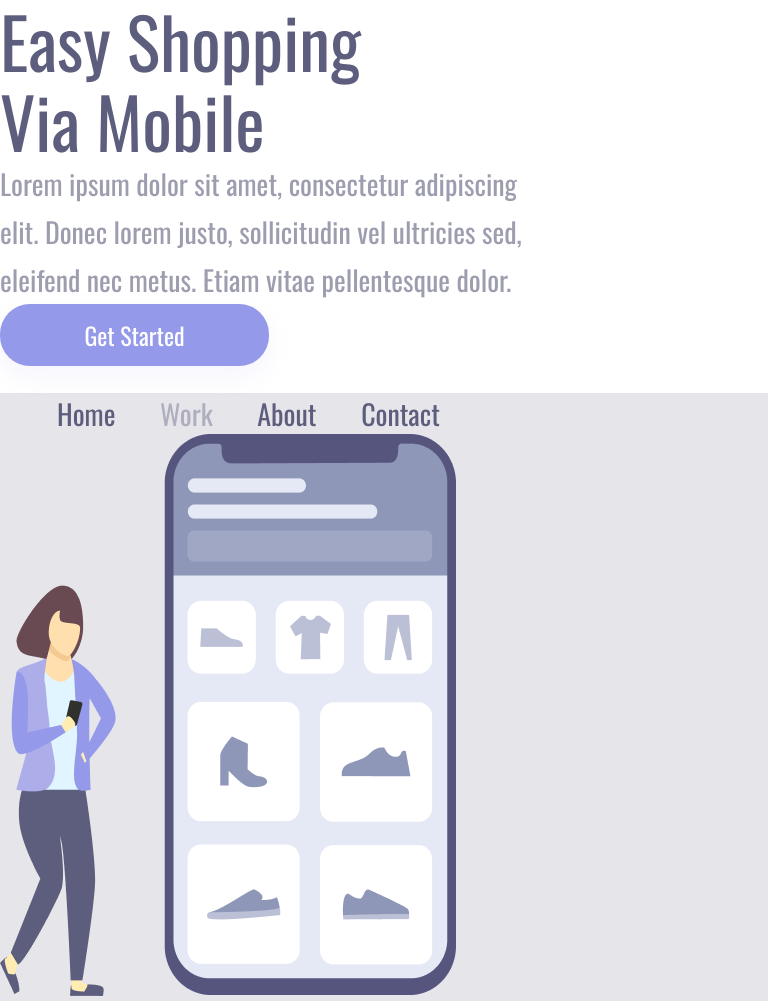
Repository: Leo-Marques-882/Projeto-Git-2
Page: index.html
These files come from the project's save history. The page is drawn as it stood at one moment and after the next save; the edit follows.
The browser window is 768 px wide. The pictures show the whole page.

Above is the page before, as saved 2023-03-07 01:09:29.

After the next save:
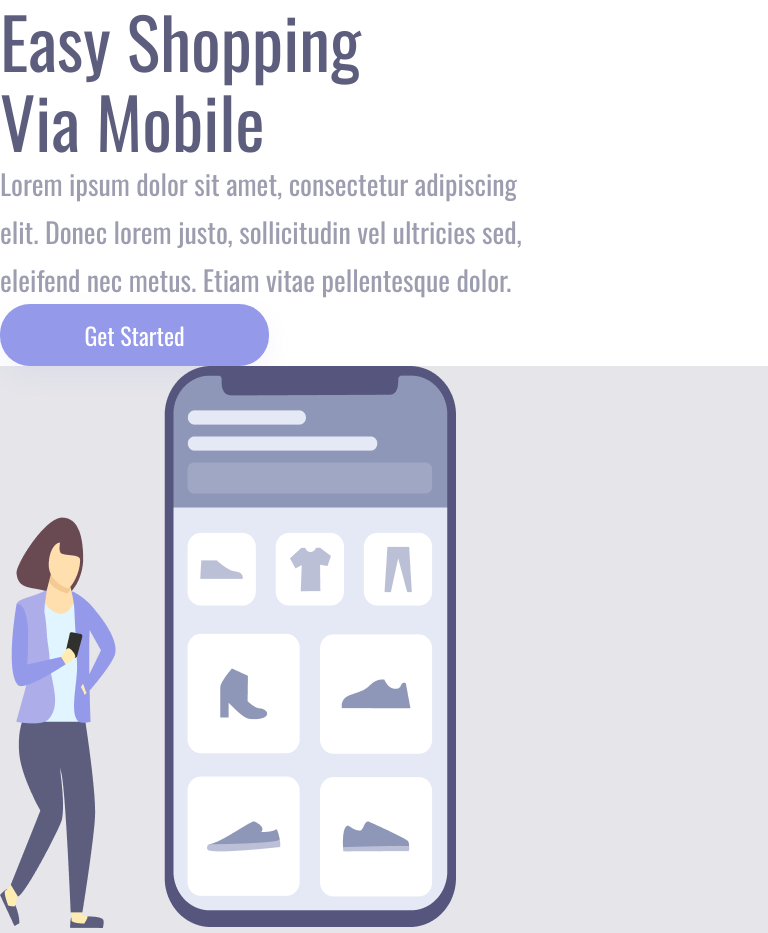
Saved 70 s later.
--- a/styless.css
+++ b/styless.css
@@ -118,4 +118,9 @@
 position: static;
 }
 
+header {
+    display: none;
 }
+
+
+}
